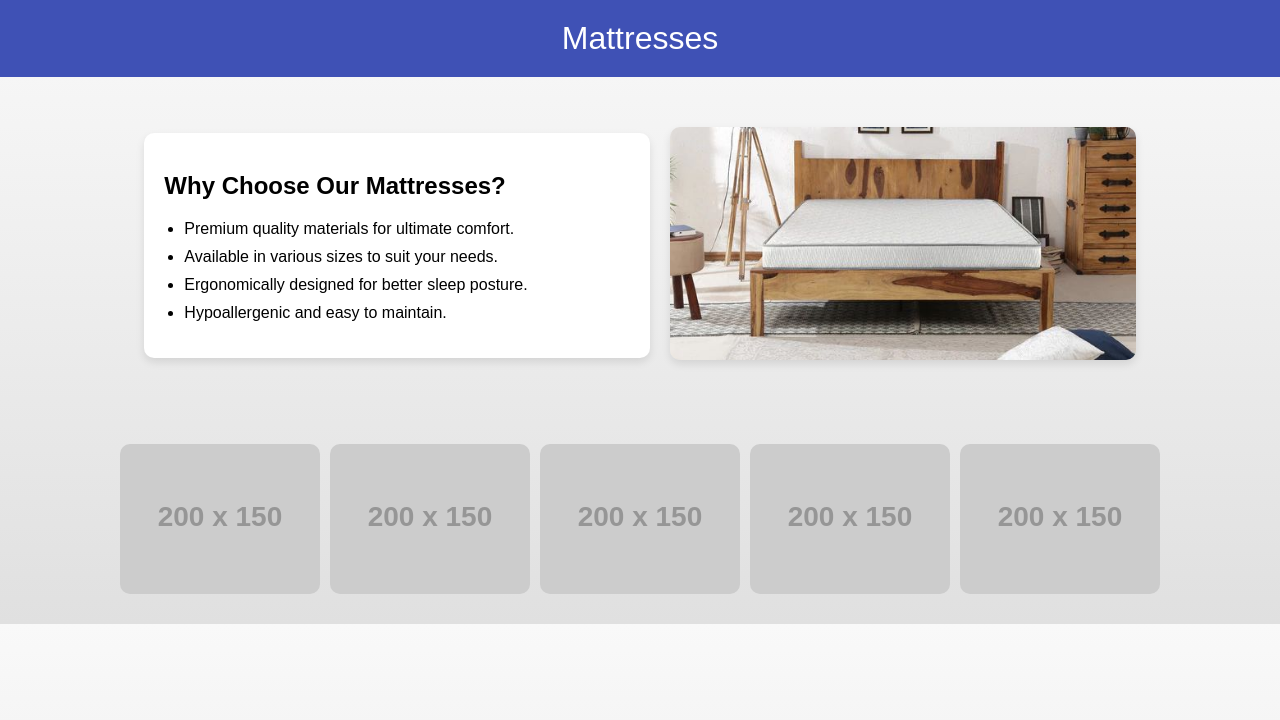
Repository: nadafgroup/rashidgadiUI
Page: src/repair.html
An editor plug-in stored every save of this project. The page is shown before and after the next save, followed by the edit.
The browser window is 1280 px wide. The pictures show the whole page.

Above is the page before, as saved 2025-01-23 15:34:03.

After the next save:
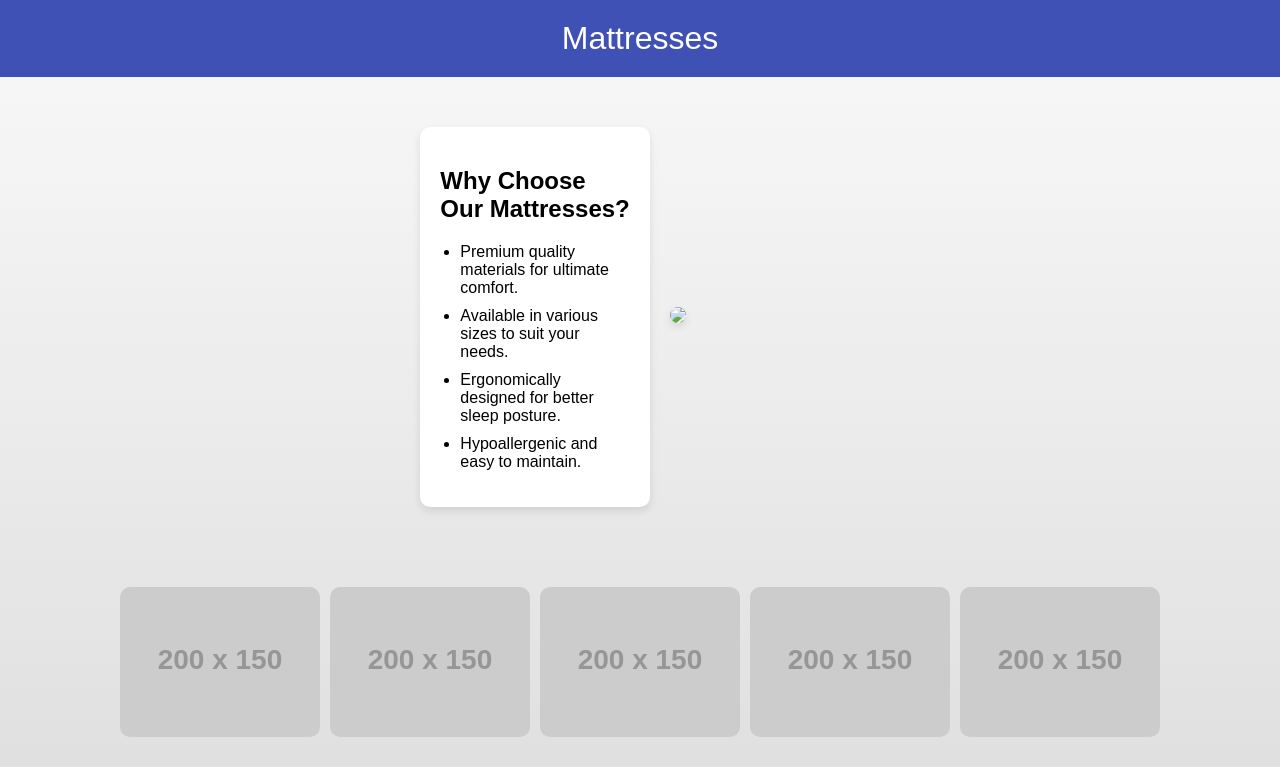
Not found: assets/img/repair_v.mp4 alt=
Saved 5 min 20 s later.
--- a/src/repair.html
+++ b/src/repair.html
@@ -22,7 +22,7 @@
         </div>
 
         <div class="image-container">
-            <img src="../../assets/img/Mattresses.jpg" alt="Mattress">
+            <img src="../assets/img/repair_v.mp4 alt="Mattress">
         </div>
     </div>
 
